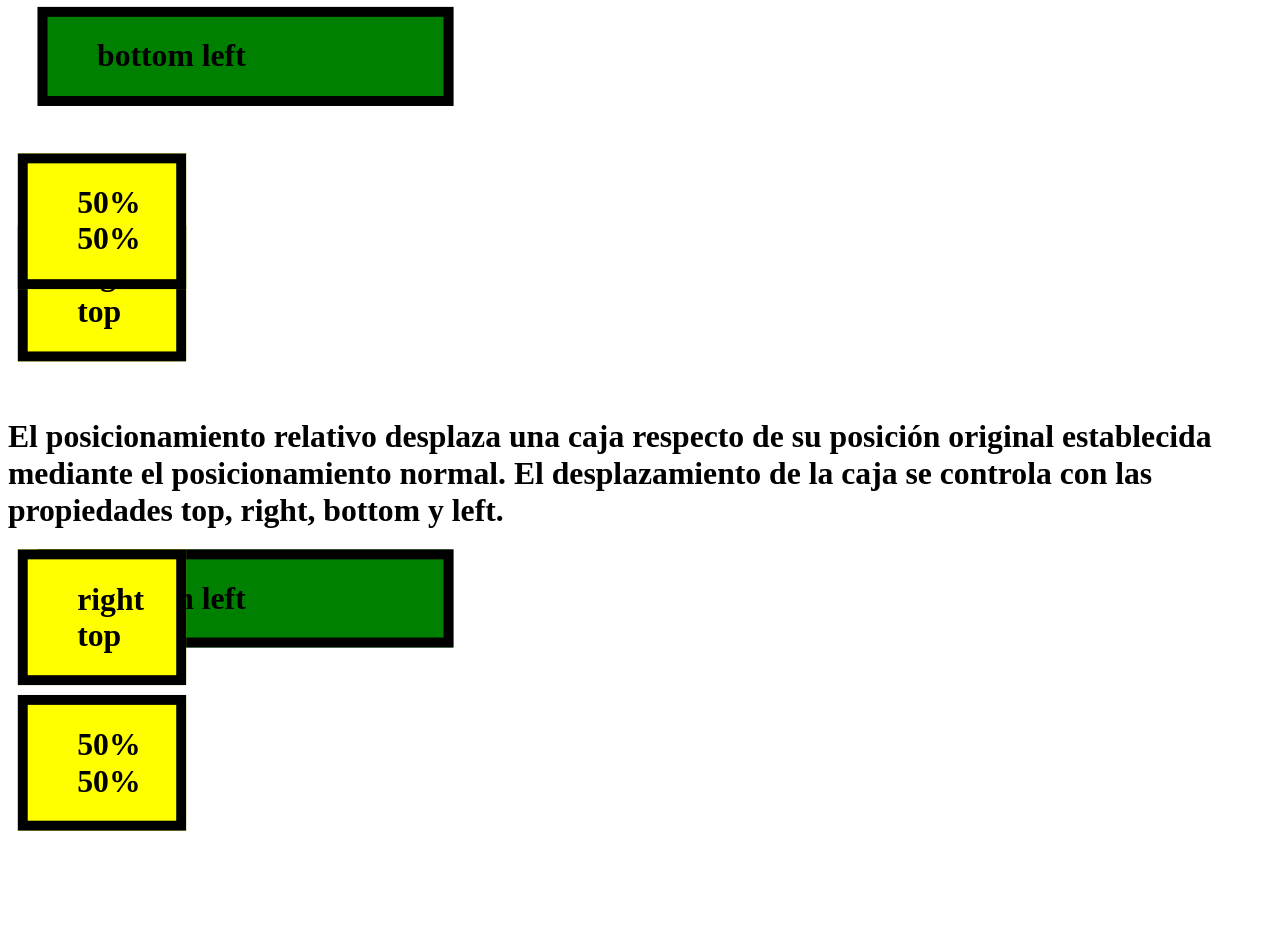
Repository: antonio63j/misNotas
Page: software/CSS/Demos/aptana_proyect/src/relativo.html
These files come from the project's save history. The page is drawn as it stood at one moment and after the next save; the edit follows.
The browser window is 1280 px wide. The pictures show the whole page, at 99% of full size.

Above is the page before, as saved 2017-04-23 16:41:19.

After the next save:
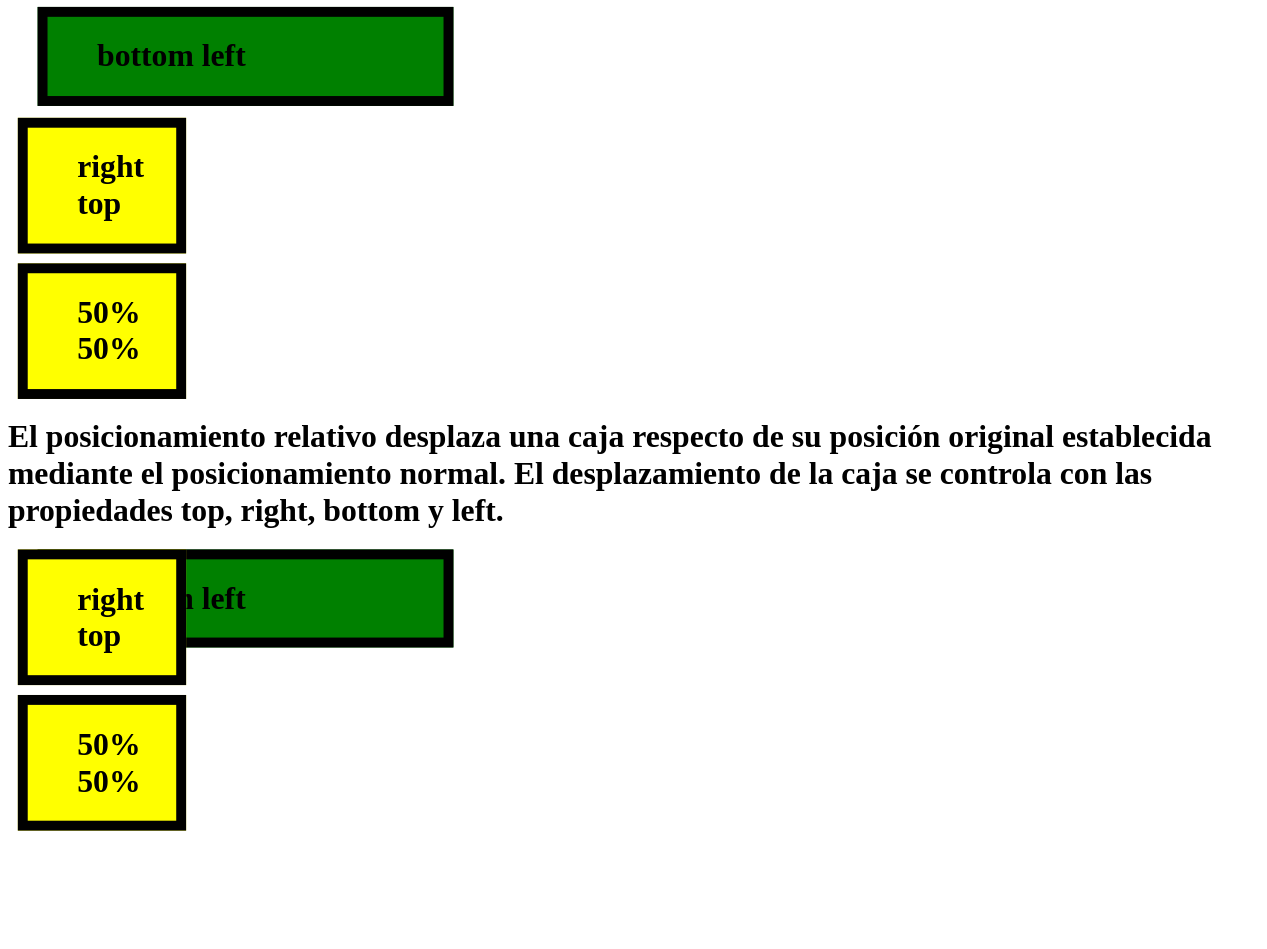
Saved 81 s later.
--- a/software/CSS/Demos/aptana_proyect/src/relativo.html
+++ b/software/CSS/Demos/aptana_proyect/src/relativo.html
@@ -19,7 +19,7 @@
 
 #caja2 {
   position:relative;
-  top:110px;
+  top:1px;
   width: 50px;
   padding-left:  50px;
   padding-right: 50px;
@@ -32,7 +32,7 @@
 
 #caja3 {
   position:relative;
-  top:-110px;
+  top:1px;
   width: 50px;
   padding-left:  50px;
   padding-right: 50px;
